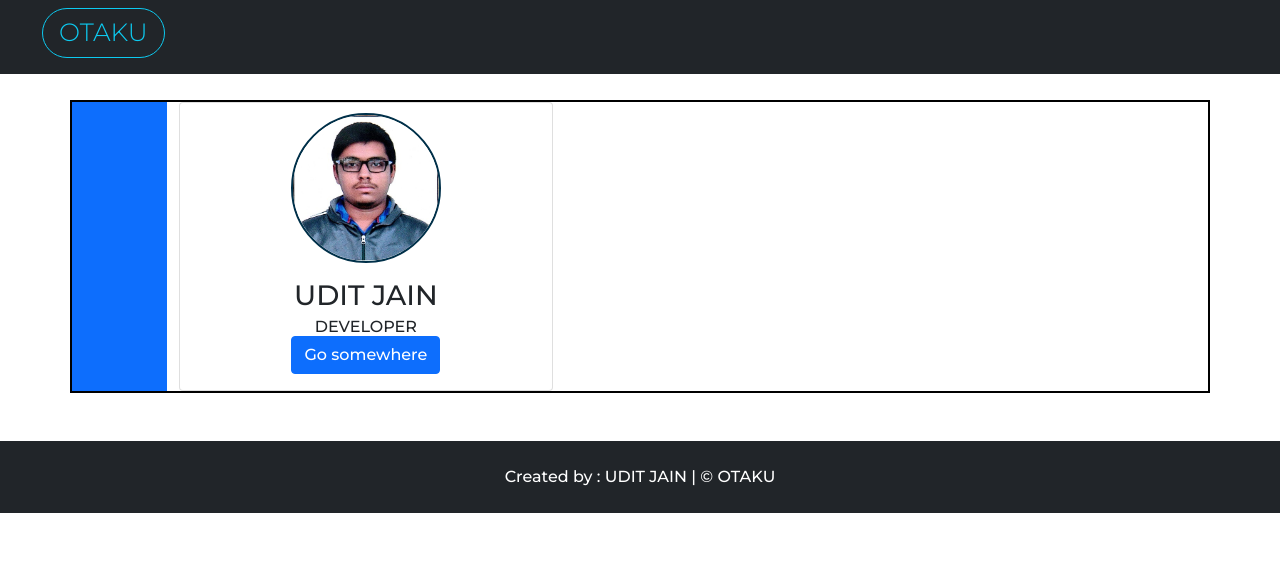
Repository: uditjain100/Responsive-Resume
Page: layouts/index.html
An editor plug-in stored every save of this project. The page is shown before and after the next save, followed by the edit.
The browser window is 1280 px wide. The pictures show the whole page.
Some web libraries are served in a nearby version.

Above is the page before, as saved 2021-03-01 13:50:01.

After the next save:
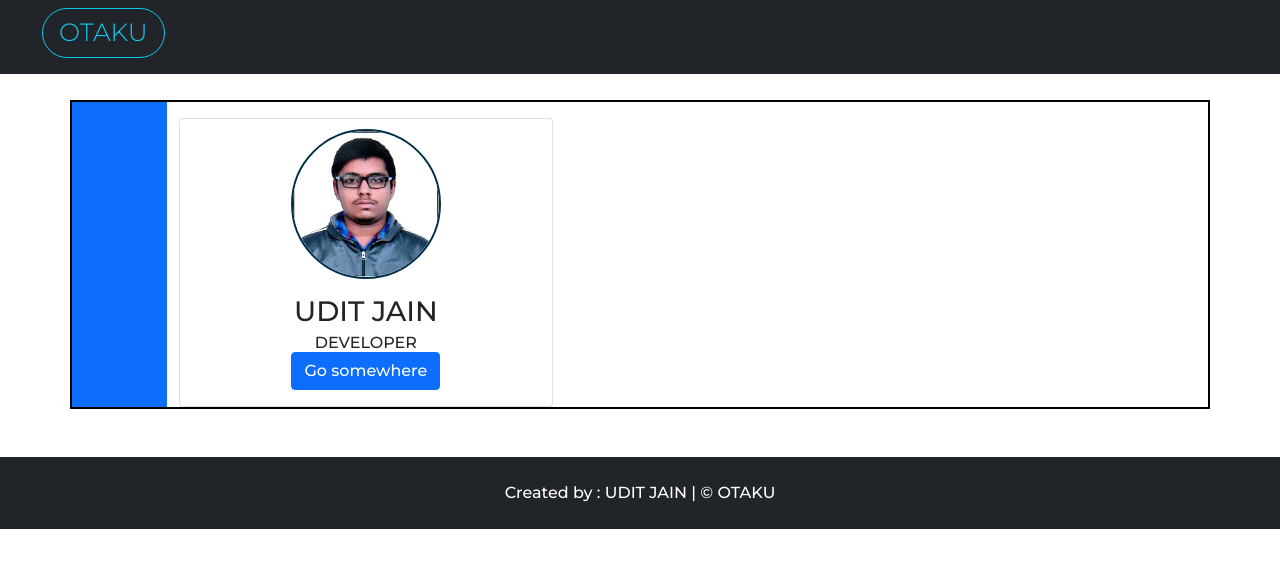
Saved 74 s later.
--- a/layouts/index.html
+++ b/layouts/index.html
@@ -60,7 +60,7 @@
     <div class="container">
       <div id="wholewindow" class="row">
         <div class="col-1 bg-primary"></div>
-        <div id="leftwindow" class="col-5">
+        <div id="leftwindow" class="col-5 mt-3">
           <div id="namebox" class="card col-10">
             <img id="profileimg" src="profile.jpg" class="card-img-top" alt="..." />
             <div class="card-body">
